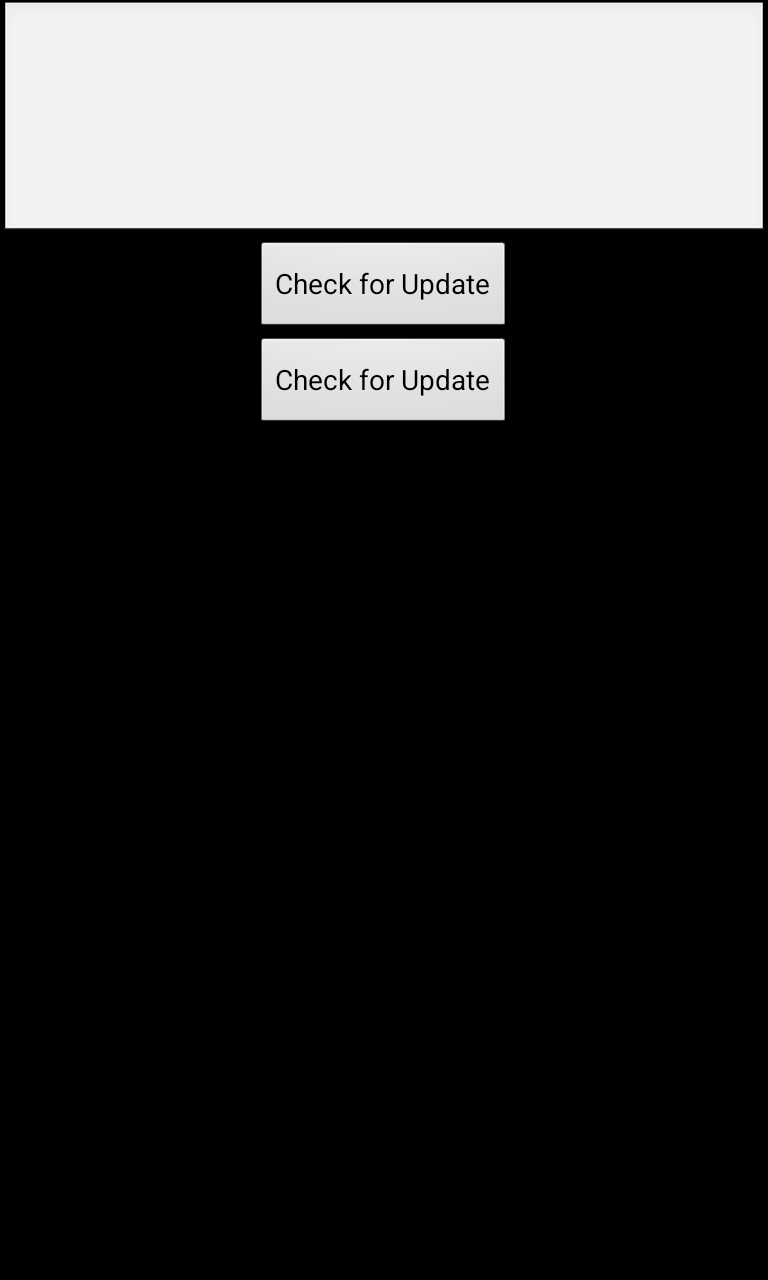
Repository: JerryScript-duplicate/BacksideUpdater
Layout: BacksideUpdater/res/layout/main.xml
These files come from the project's save history. The layout is drawn as it stood at one moment and after the next save; the edit follows.
It is drawn on a 768 x 1280 px phone screen (xhdpi) without system bars, with theme android:Theme; the app's code is not run.

Above is the layout before, as saved 2012-01-18 19:31:28.

After the next save:
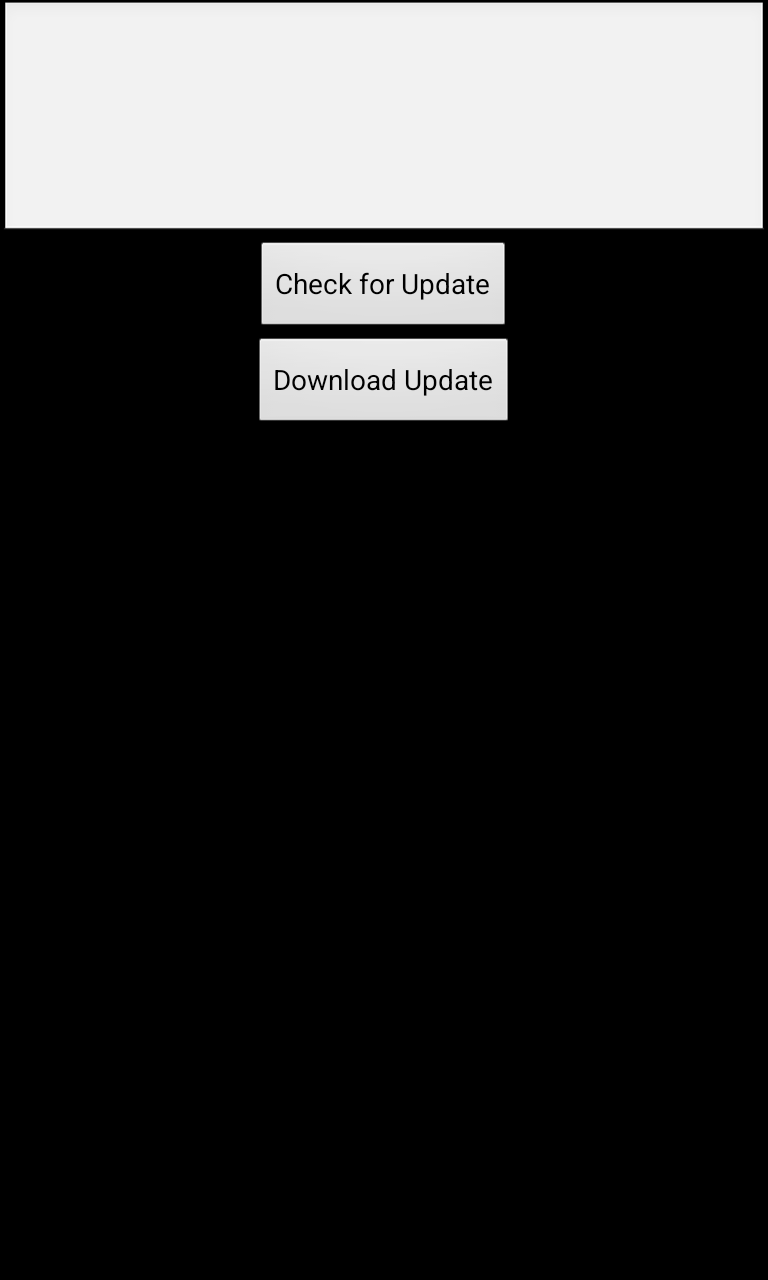
Saved 3 s later.
--- a/BacksideUpdater/res/layout/main.xml
+++ b/BacksideUpdater/res/layout/main.xml
@@ -29,10 +29,10 @@
         android:id="@+id/BacksideUpdaterButton"
         android:layout_width="wrap_content"
         android:layout_height="wrap_content"
-        android:onClick="myClickHandler"
+        android:onClick="updateNowHandler"
         android:gravity="center"
         android:layout_gravity="center"
-        android:text="@string/check4up_button_text" />
+        android:text="@string/updateNow_button_text" />
 
     <TextView
         android:id="@+id/pagetext"
